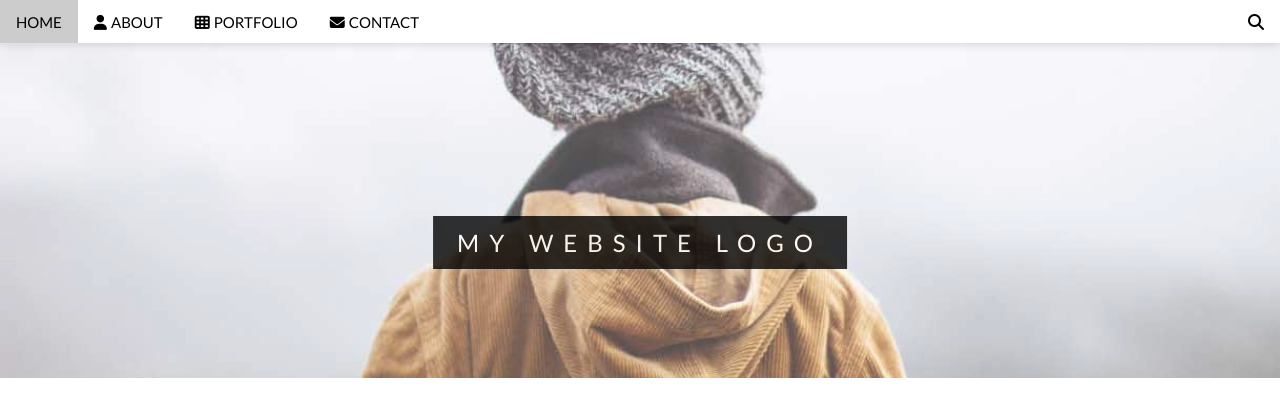
Repository: xd25vn/project-error
Page: index.html
An editor plug-in stored every save of this project. The page is shown before and after the next save, followed by the edit.
The browser window is 1280 px wide. The pictures show the whole page.

Above is the page before, as saved 2023-09-02 14:40:00.

After the next save:
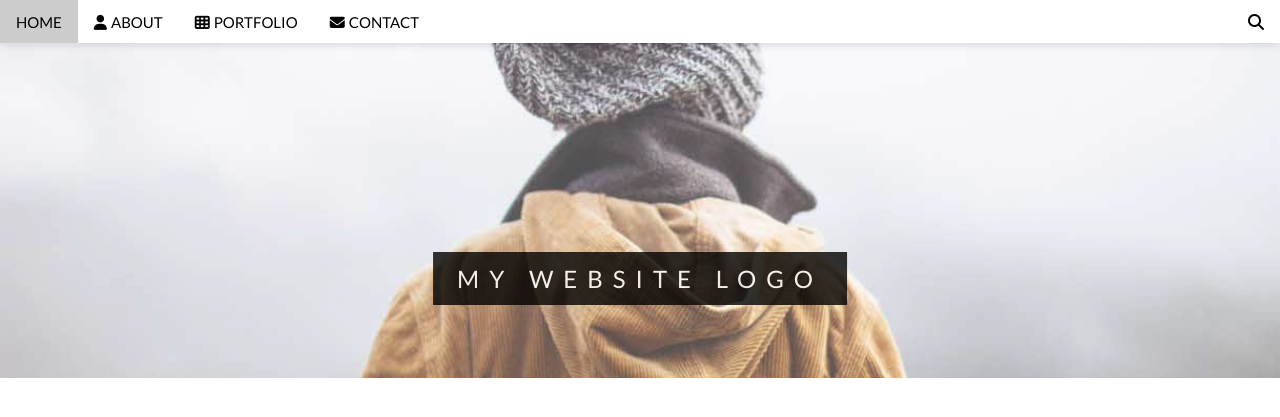
Saved 6 s later.
--- a/assets/main.css
+++ b/assets/main.css
@@ -64,7 +64,7 @@ header .nav-icon-search:hover i {
     padding: 12px 24px;
     left: 50%;
     transform: translateX(-50%);
-    top: 30%;
+    top: 35%;
     opacity: 0.8;
 }
 
